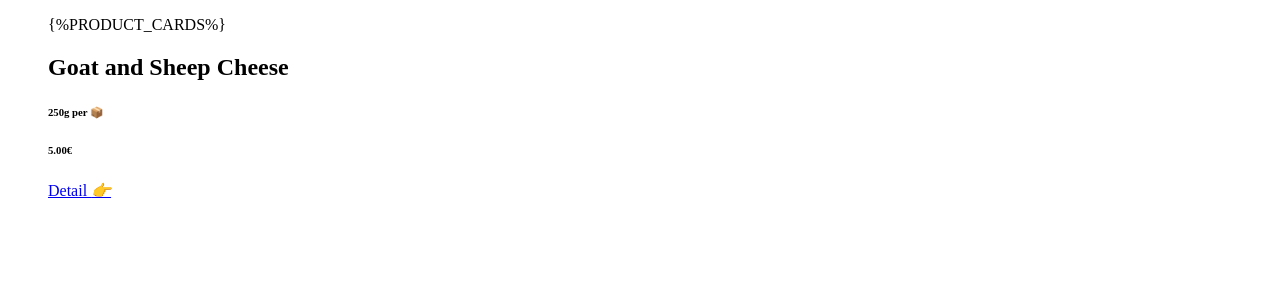
Repository: Kaii-Dev/NODEJS-by-JONAS
Page: 1-node-farm/starter/templates/card.html
These files come from the project's save history. The page is drawn as it stood at one moment and after a run of saves; the edit follows.
The browser window is 1280 px wide. The pictures show the whole page.

Above is the page before, as saved 2022-08-03 13:54:34.

### 1-node-farm/starter/templates/card.html
<figure class="card">
   <div class="card__emoji">{%PRODUCT_CARDS%}</div>
   <div class="card__title-box">
     <h2 class="card__title">Goat and Sheep Cheese</h2>
   </div>

   <div class="card__details">
     <div class="card__detail-box">
       <h6 class="card__detail">250g per 📦</h6>
     </div>

     <div class="card__detail-box">
       <h6 class="card__detail card__detail--price">5.00€</h6>
     </div>
   </div>

   <a class="card__link" href="#">
     <span>Detail <i class="emoji-right">👉</i></span>
   </a>
 </figure>

After the next 2 saves:
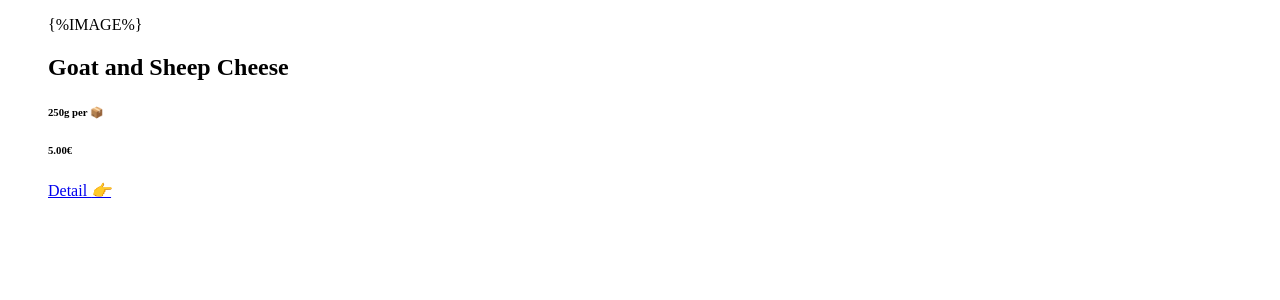
The 2 saves are shown as one change because they came seconds apart.
The last was saved 7 s later.
--- a/1-node-farm/starter/templates/card.html
+++ b/1-node-farm/starter/templates/card.html
@@ -1,5 +1,5 @@
 <figure class="card">
-   <div class="card__emoji">{%PRODUCT_CARDS%}</div>
+   <div class="card__emoji">{%IMAGE%}</div>
    <div class="card__title-box">
      <h2 class="card__title">Goat and Sheep Cheese</h2>
    </div>
